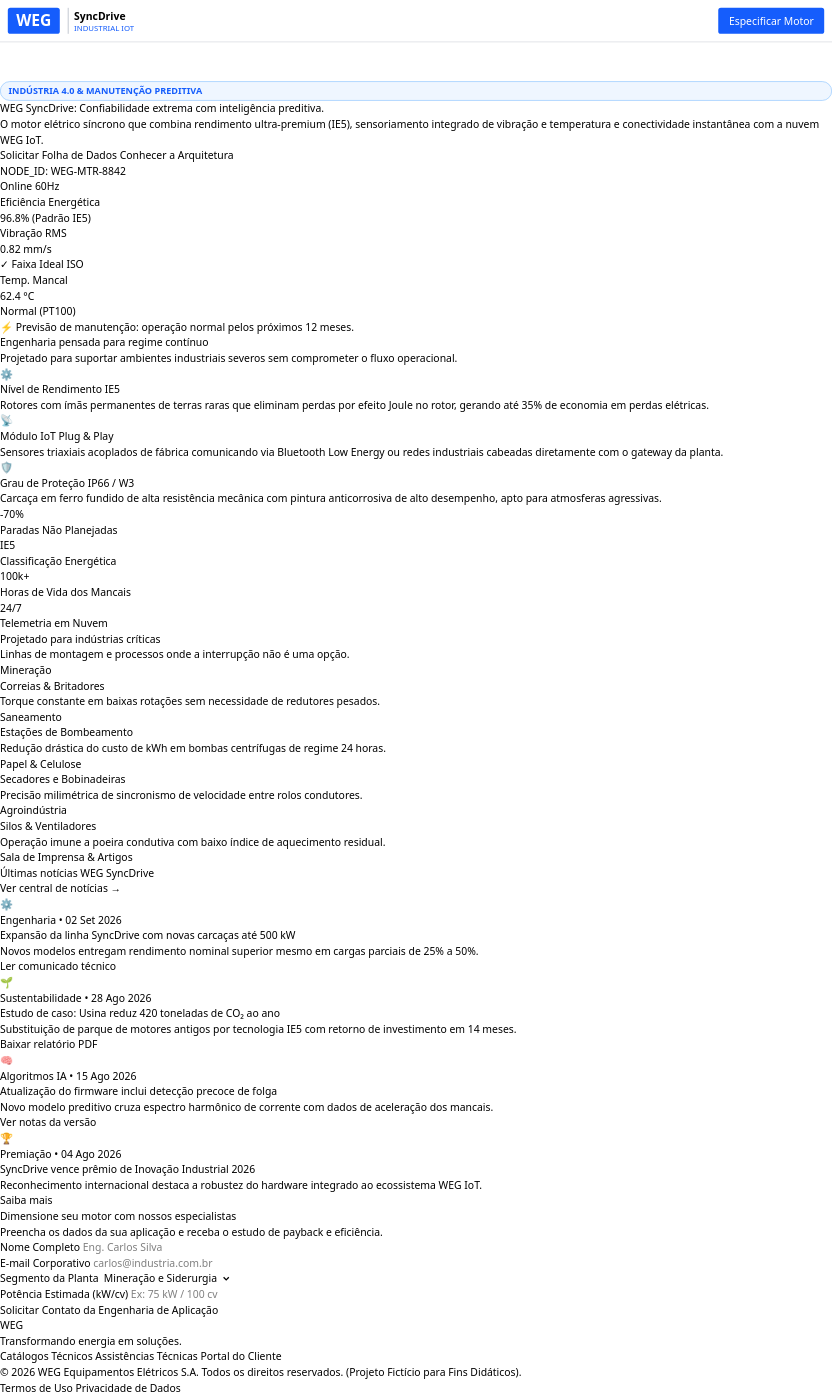
Repository: camilewng/Exercicio-Tailwind
Page: index.html
These files come from the project's save history. The page is drawn as it stood at one moment and after the next save; the edit follows.
The browser window is 1280 px wide. The pictures show the whole page, at 65% of full size.

Above is the page before, as saved 2026-09-08 19:11:44.

### index.html
<!DOCTYPE html>
<html lang="pt-BR">
<head>
  <meta charset="UTF-8">
  <meta name="viewport" content="width=device-width, initial-scale=1.0">
  <title>WEG SyncDrive IoT - Exercício Tailwind CSS</title>
  <script src="https://cdn.jsdelivr.net/npm/@tailwindcss/browser@4"></script>
</head>
<body>

  <!-- ==========================================
       1. HEADER / NAVBAR
       Desafio:
       - Fixar no topo (sticky top-0) com fundo translúcido/blur.
       - Logo WEG em destaque com fundo azul industrial.
       - Menu oculto em telas pequenas e visível em lg:.
  =========================================== -->
  <header>
    <div class="flex flex-row justify-between border-b border-gray-300 mb-15">
      <div class="flex">
        <div class="bg-blue-600 text-white text-2xl font-black w-20 h-10 text-center pt-0.75 rounded-sm m-3">
          WEG
        </div>
        <div class="flex flex-col border-l-2 border-gray-300 h-10 pl-2 mt-3">
          <span class="font-bold">SyncDrive</span>
          <span class="text-blue-600 uppercase font-medium text-xs">Industrial IoT</span>
        </div>
      </div>

      <nav class="hidden">
        <a href="#solucao">A Solução</a>
        <a href="#recursos">Tecnologia</a>
        <a href="#metricas">Performance</a>
        <a href="#aplicacoes">Aplicações</a>
        <a href="#novidades">Notícias</a>
      </nav>

      <div class="flex">
        <a href="#contato" class="hidden">Falar com Consultor</a>
        <a href="#contato" class="bg-blue-600 text-white px-4 py-2 mr-3 mt-3 mb-3 rounded-sm font-medium">
          Especificar Motor
        </a>
      </div>
    </div>
  </header>

  <main>
    <!-- ==========================================
         2. HERO SECTION
         Desafio:
         - Layout em grid de 2 colunas no desktop (texto + painel de telemetria).
         - Centralizado no mobile, alinhado à esquerda em lg:.
         - Estilizar o card escuro de telemetria com badges e status.
    =========================================== -->
    <section id="solucao">
      <div>
        <div>

          <!-- Coluna 1: Conteúdo Textual -->
          <div >
            <span class="bg-blue-50 border border-blue-300 uppercase text-sm text-blue-600
                         font-semibold p-1 px-3 rounded-4xl flex ">
              Indústria 4.0 & Manutenção Preditiva
            </span>
            <h1>WEG SyncDrive: Confiabilidade extrema com inteligência preditiva.</h1>
            <p>
              O motor elétrico síncrono que combina rendimento ultra-premium (IE5), sensoriamento integrado de vibração e temperatura e conectividade instantânea com a nuvem WEG IoT.
            </p>
            <div>
              <a href="#contato">Solicitar Folha de Dados</a>
              <a href="#recursos">Conhecer a Arquitetura</a>
            </div>
          </div>

          <!-- Coluna 2: Card de Telemetria IoT -->
          <div>
            <div>
              <div>
                <span>NODE_ID: WEG-MTR-8842</span>
                <div>
                  <span></span>
                  <span>Online 60Hz</span>
                </div>
              </div>

              <div>
                <div>
                  <span>Eficiência Energética</span>
                  <div>96.8% <span>(Padrão IE5)</span></div>
                </div>

                <div>
                  <div>
                    <span>Vibração RMS</span>
                    <div>0.82 mm/s</div>
                    <span>✓ Faixa Ideal ISO</span>
                  </div>
                  <div>
                    <span>Temp. Mancal</span>
                    <div>62.4 °C</div>
                    <span>Normal (PT100)</span>
                  </div>
                </div>

                <div>
                  ⚡ Previsão de manutenção: operação normal pelos próximos 12 meses.
                </div>
              </div>
            </div>
          </div>

        </div>
      </div>
    </section>

    <!-- ==========================================
         3. RECURSOS / ESPECIFICAÇÕES TÉCNICAS
         Desafio:
         - Grid responsivo de 3 colunas (1 col mobile, 3 cols desktop).
         - Efeito hover nos cards com transição suave de borda ou sombra.
    =========================================== -->
    <section id="recursos">
      <div>
        <div>
          <h2>Engenharia pensada para regime contínuo</h2>
          <p>Projetado para suportar ambientes industriais severos sem comprometer o fluxo operacional.</p>
        </div>

        <div>
          <article>
            <div>⚙️</div>
            <h3>Nível de Rendimento IE5</h3>
            <p>Rotores com ímãs permanentes de terras raras que eliminam perdas por efeito Joule no rotor, gerando até 35% de economia em perdas elétricas.</p>
          </article>

          <article>
            <div>📡</div>
            <h3>Módulo IoT Plug & Play</h3>
            <p>Sensores triaxiais acoplados de fábrica comunicando via Bluetooth Low Energy ou redes industriais cabeadas diretamente com o gateway da planta.</p>
          </article>

          <article>
            <div>🛡️</div>
            <h3>Grau de Proteção IP66 / W3</h3>
            <p>Carcaça em ferro fundido de alta resistência mecânica com pintura anticorrosiva de alto desempenho, apto para atmosferas agressivas.</p>
          </article>
        </div>
      </div>
    </section>

    <!-- ==========================================
         4. MÉTRICAS / NÚMEROS INDUSTRIAIS
         Desafio:
         - Seção de alto contraste (fundo escuro slate-900).
         - Grid de 2 colunas no mobile e 4 colunas em telas maiores.
    =========================================== -->
    <section id="metricas">
      <div>
        <div>
          <div>
            <div>-70%</div>
            <div>Paradas Não Planejadas</div>
          </div>
          <div>
            <div>IE5</div>
            <div>Classificação Energética</div>
          </div>
          <div>
            <div>100k+</div>
            <div>Horas de Vida dos Mancais</div>
          </div>
          <div>
            <div>24/7</div>
            <div>Telemetria em Nuvem</div>
          </div>
        </div>
      </div>
    </section>

    <!-- ==========================================
         5. APLICAÇÕES INDUSTRIAIS
         Desafio:
         - Grid de 4 colunas adaptável (1 col mobile, 2 sm, 4 lg).
         - Uso de tags de categoria uppercase com tipografia reduzida.
    =========================================== -->
    <section id="aplicacoes">
      <div>
        <div>
          <h2>Projetado para indústrias críticas</h2>
          <p>Linhas de montagem e processos onde a interrupção não é uma opção.</p>
        </div>

        <div>
          <div>
            <span>Mineração</span>
            <h4>Correias & Britadores</h4>
            <p>Torque constante em baixas rotações sem necessidade de redutores pesados.</p>
          </div>

          <div>
            <span>Saneamento</span>
            <h4>Estações de Bombeamento</h4>
            <p>Redução drástica do custo de kWh em bombas centrífugas de regime 24 horas.</p>
          </div>

          <div>
            <span>Papel & Celulose</span>
            <h4>Secadores e Bobinadeiras</h4>
            <p>Precisão milimétrica de sincronismo de velocidade entre rolos condutores.</p>
          </div>

          <div>
            <span>Agroindústria</span>
            <h4>Silos & Ventiladores</h4>
            <p>Operação imune a poeira condutiva com baixo índice de aquecimento residual.</p>
          </div>
        </div>
      </div>
    </section>

    <!-- ==========================================
         6. NOVIDADES / NOTÍCIAS (4 ITENS)
         Desafio:
         - Cabeçalho com alinhamento justify-between.
         - 4 cards em grid: 1 col (mobile), 2 cols (md), 4 cols (lg).
         - Imagem/banner visual com gradiente em cada notícia.
         - Flexbox nos cards para fixar o link de leitura no rodapé.
    =========================================== -->
    <section id="novidades">
      <div>

        <div>
          <div>
            <span>Sala de Imprensa & Artigos</span>
            <h2>Últimas notícias WEG SyncDrive</h2>
          </div>
          <a href="#">Ver central de notícias →</a>
        </div>

        <div>
          <!-- Notícia 1 -->
          <article>
            <div>⚙️</div>
            <div>
              <div>
                <span>Engenharia</span>
                <span>•</span>
                <time>02 Set 2026</time>
              </div>
              <h3>
                <a href="#">Expansão da linha SyncDrive com novas carcaças até 500 kW</a>
              </h3>
              <p>Novos modelos entregam rendimento nominal superior mesmo em cargas parciais de 25% a 50%.</p>
              <a href="#">Ler comunicado técnico</a>
            </div>
          </article>

          <!-- Notícia 2 -->
          <article>
            <div>🌱</div>
            <div>
              <div>
                <span>Sustentabilidade</span>
                <span>•</span>
                <time>28 Ago 2026</time>
              </div>
              <h3>
                <a href="#">Estudo de caso: Usina reduz 420 toneladas de CO₂ ao ano</a>
              </h3>
              <p>Substituição de parque de motores antigos por tecnologia IE5 com retorno de investimento em 14 meses.</p>
              <a href="#">Baixar relatório PDF</a>
            </div>
          </article>

          <!-- Notícia 3 -->
          <article>
            <div>🧠</div>
            <div>
              <div>
                <span>Algoritmos IA</span>
                <span>•</span>
                <time>15 Ago 2026</time>
              </div>
              <h3>
                <a href="#">Atualização do firmware inclui detecção precoce de folga</a>
              </h3>
              <p>Novo modelo preditivo cruza espectro harmônico de corrente com dados de aceleração dos mancais.</p>
              <a href="#">Ver notas da versão</a>
            </div>
          </article>

          <!-- Notícia 4 -->
          <article>
            <div>🏆</div>
            <div>
              <div>
                <span>Premiação</span>
                <span>•</span>
                <time>04 Ago 2026</time>
              </div>
              <h3>
                <a href="#">SyncDrive vence prêmio de Inovação Industrial 2026</a>
              </h3>
              <p>Reconhecimento internacional destaca a robustez do hardware integrado ao ecossistema WEG IoT.</p>
              <a href="#">Saiba mais</a>
            </div>
          </article>
        </div>

      </div>
    </section>

    <!-- ==========================================
         7. FORMULÁRIO DE CONTATO / DIMENSIONAMENTO
         Desafio:
         - Inputs estilizados com focus rings.
         - Grid de formulário com campos em 2 colunas no desktop.
    =========================================== -->
    <section id="contato">
      <div>
        <div>
          <h2>Dimensione seu motor com nossos especialistas</h2>
          <p>Preencha os dados da sua aplicação e receba o estudo de payback e eficiência.</p>
        </div>

        <form>
          <div>
            <div>
              <label>Nome Completo</label>
              <input type="text" placeholder="Eng. Carlos Silva">
            </div>
            <div>
              <label>E-mail Corporativo</label>
              <input type="email" placeholder="carlos@industria.com.br">
            </div>
          </div>

          <div>
            <div>
              <label>Segmento da Planta</label>
              <select>
                <option>Mineração e Siderurgia</option>
                <option>Papel e Celulose</option>
                <option>Saneamento e Água</option>
                <option>Química e Petroquímica</option>
                <option>Alimentos e Bebidas</option>
              </select>
            </div>
            <div>
              <label>Potência Estimada (kW/cv)</label>
              <input type="text" placeholder="Ex: 75 kW / 100 cv">
            </div>
          </div>

          <button type="submit">Solicitar Contato da Engenharia de Aplicação</button>
        </form>
      </div>
    </section>
  </main>

  <!-- ==========================================
       8. RODAPÉ / FOOTER
       Desafio:
       - Layout corporativo com tipografia sutil.
       - Disposição em flexbox responsivo (colunas empilhadas no mobile, linha no desktop).
  =========================================== -->
  <footer>
    <div>
      <div>
        <div>
          <div>WEG</div>
          <span>Transformando energia em soluções.</span>
        </div>
        <div>
          <a href="#">Catálogos Técnicos</a>
          <a href="#">Assistências Técnicas</a>
          <a href="#">Portal do Cliente</a>
        </div>
      </div>
      <div>
        <p>© 2026 WEG Equipamentos Elétricos S.A. Todos os direitos reservados. (Projeto Fictício para Fins Didáticos).</p>
        <div>
          <a href="#">Termos de Uso</a>
          <a href="#">Privacidade de Dados</a>
        </div>
      </div>
    </div>
  </footer>

</body>
</html>

After the next save:
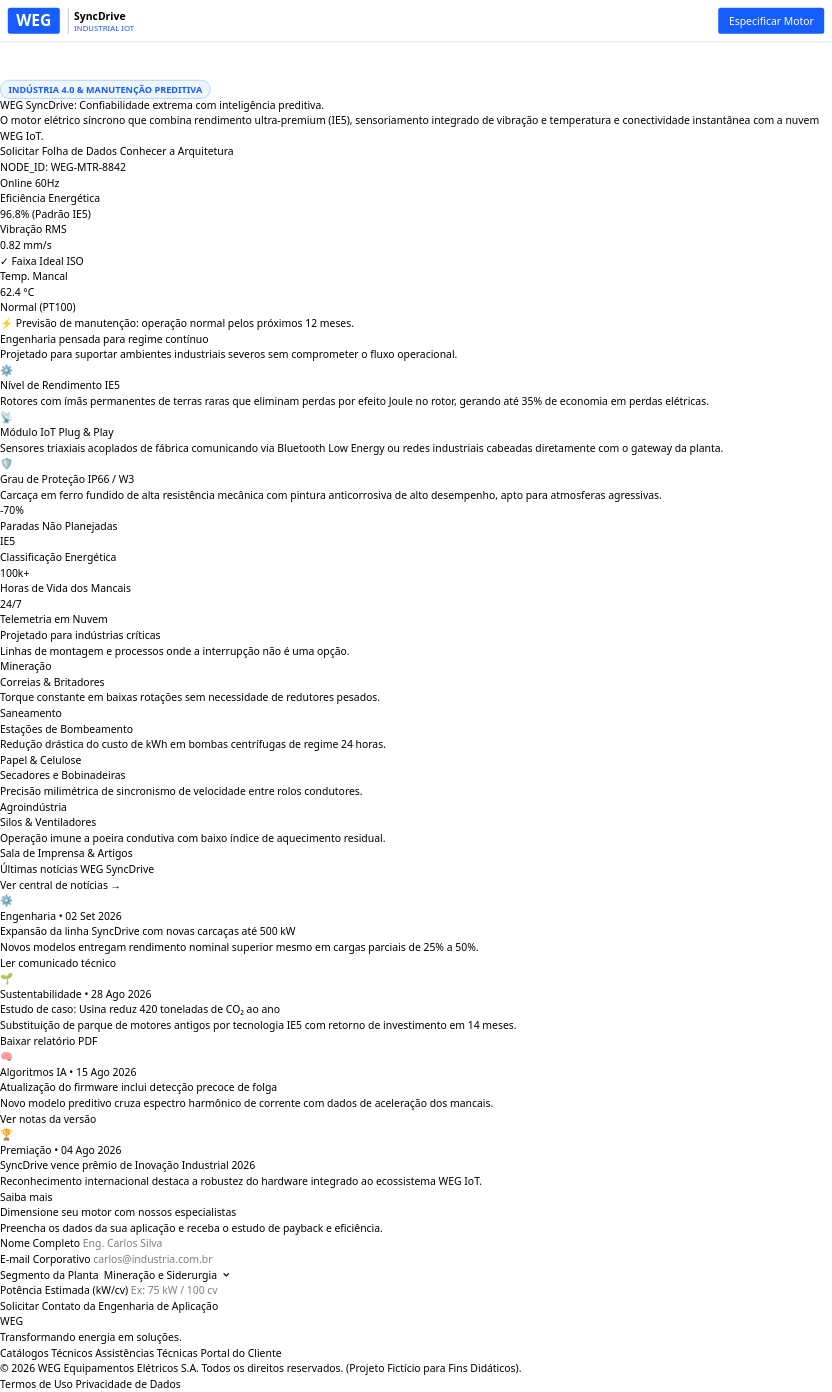
Saved 6 s later.
--- a/index.html
+++ b/index.html
@@ -59,7 +59,7 @@
           <!-- Coluna 1: Conteúdo Textual -->
           <div >
             <span class="bg-blue-50 border border-blue-300 uppercase text-sm text-blue-600
-                         font-semibold p-1 px-3 rounded-4xl flex ">
+                         font-semibold p-1 px-3 rounded-4xl ">
               Indústria 4.0 & Manutenção Preditiva
             </span>
             <h1>WEG SyncDrive: Confiabilidade extrema com inteligência preditiva.</h1>
